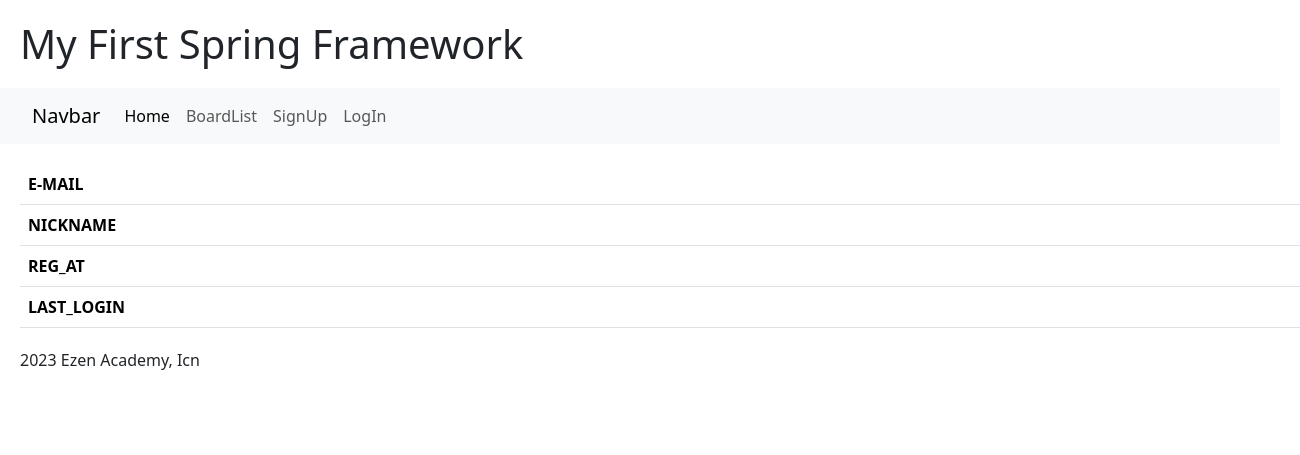
Repository: halsooitda/spring-java
Page: http://localhost/springProject/WEB-INF/views/member/detail.jsp
The author's editor kept a copy of each file at every save. The page is drawn from the files as they stood at one save, then again after the next save.
The browser window is 1280 px wide. The page is 1300 px wide, so the pictures cover 1300 px, including what lies to the right of the window. The pictures show the whole page.
The page is served by Tomcat 9. Nobody is signed in. Other server files are loaded and not shown. The template is opened directly, without the code that normally fills it, so the values that code supplies are empty.

Above is the page before, as saved 2023-10-31 07:05:57.
Console error: TypeError: Cannot read properties of null (reading 'addEventListener')

### springProject/src/main/webapp/WEB-INF/views/member/detail.jsp
<%@ page language="java" contentType="text/html; charset=UTF-8"
    pageEncoding="UTF-8"%>
<%@ taglib uri="http://java.sun.com/jsp/jstl/core" prefix="c" %>
<!DOCTYPE html>
<html>
<head>
<meta charset="UTF-8">
<title>Member Detail</title>
<style type="text/css">
	table{
		margin: 20px;
	}
</style>
</head>
<body>
<jsp:include page="../common/header.jsp"/>
<jsp:include page="../common/nav.jsp"/>

<c:set value="${mvo }" var="mvo"></c:set>
<table class="table">
	<tr>
		<th>E-MAIL</th>
		<td>${mvo.email }</td>
	</tr>
	<tr>
		<th>NICKNAME</th>
		<td>${mvo.nickName }</td>
	</tr>
	<tr>
		<th>REG_AT</th>
		<td>${mvo.regAt }</td>
	</tr>
	<tr>
		<th>LAST_LOGIN</th>
		<td>${mvo.lastLogin }</td>
	</tr>
</table>

<jsp:include page="../common/footer.jsp"/>
</body>
</html>

### springProject/src/main/webapp/WEB-INF/views/common/header.jsp
<%@ page language="java" contentType="text/html; charset=UTF-8"
    pageEncoding="UTF-8"%>
<%@ taglib uri="http://java.sun.com/jsp/jstl/core" prefix="c"%>
<!DOCTYPE html>
<html>
<head>
<meta charset="UTF-8">
<title>Header</title>
<link href="https://cdn.jsdelivr.net/npm/bootstrap@5.3.1/dist/css/bootstrap.min.css" rel="stylesheet" integrity="sha384-4bw+/aepP/YC94hEpVNVgiZdgIC5+VKNBQNGCHeKRQN+PtmoHDEXuppvnDJzQIu9" crossorigin="anonymous">
<script src="https://cdn.jsdelivr.net/npm/bootstrap@5.3.1/dist/js/bootstrap.bundle.min.js" integrity="sha384-HwwvtgBNo3bZJJLYd8oVXjrBZt8cqVSpeBNS5n7C8IVInixGAoxmnlMuBnhbgrkm" crossorigin="anonymous"></script>
<style type="text/css">
	h1, p, h3{
		margin: 20px;
	}
</style>
</head>
<body>
<h1>My First Spring Framework</h1>

</body>
</html>

### springProject/src/main/webapp/WEB-INF/views/common/nav.jsp
<%@ page language="java" contentType="text/html; charset=UTF-8"
    pageEncoding="UTF-8"%>
<%@ taglib uri="http://java.sun.com/jsp/jstl/core" prefix="c"%>
<%@ taglib prefix="sec" uri="http://www.springframework.org/security/tags" %>
<!DOCTYPE html>
<html>
<head>
<meta charset="UTF-8">
<title>Nav</title>
<style type="text/css">
	.container-fluid{
		margin-left: 20px;
	}
</style>
</head>
<body>
<header>
	<nav class="navbar navbar-expand-lg bg-body-tertiary">
  <div class="container-fluid">
    <a class="navbar-brand" href="#">Navbar</a>
    <button class="navbar-toggler" type="button" data-bs-toggle="collapse" data-bs-target="#navbarSupportedContent" aria-controls="navbarSupportedContent" aria-expanded="false" aria-label="Toggle navigation">
      <span class="navbar-toggler-icon"></span>
    </button>
    <div class="collapse navbar-collapse" id="navbarSupportedContent">
      <ul class="navbar-nav me-auto mb-2 mb-lg-0">

        <li class="nav-item">
          <a class="nav-link active" aria-current="page" href="/">Home</a>
        </li>
        <li class="nav-item">
          <a class="nav-link" href="/board/list">BoardList</a>
        </li>

		<!-- 인증이 된 사용자들만 -->
        <sec:authorize access="isAuthenticated()">
        <!-- 현재 인증한 사용자의 정보를 가져와서 해당 권한이 있는 케이스를 open -->
        <!-- 사용자 정보는 principal -->
        <sec:authentication property="principal.mvo.email" var="authEmail" />
        <sec:authentication property="principal.mvo.nickName" var="authNick"/>
        <sec:authentication property="principal.mvo.authList" var="auths"/>

		<li class="nav-item">
			<a class="nav-link" href="/board/register">BoardReg</a>
		          				<!-- controller -->
		</li>
        <c:choose>
        	<c:when test="${auths.stream().anyMatch(authVO -> authVO.auth.equals('ROLE_ADMIN')).get() }">
        		<!-- admin 계정만 할 수 있는 일을 처리 -->
        		<li class="nav-item">
        			<a class="nav-link" href="/member/list">admin > ${authNick }(${authEmail })</a>
        		</li>
        	</c:when>
        	<c:otherwise>
		        <!-- 로그인해야 open 되는 메뉴들 -->
        		<li class="nav-item">
        			<a class="nav-link" href="/member/detail?email=${authEmail }">${authNick }(${authEmail })</a>
        		</li>
        	</c:otherwise>
        </c:choose>

		<!-- get일때만 쿼리스트링으로 값 달고갈 수 있음 -->
	    <li class="nav-item">
			<a class="nav-link" href="" id="logoutLink">LogOut</a>
        </li>
		<form action="/member/logout" method="post" id="logoutForm">
			<input type="hidden" name="email" value="${authEmail }">
		</form>
        </sec:authorize>
        <!-- 권한이 있을 때 -->

        <!-- 권한이 없을 때(비회원) -->
        <!-- 아직 로그인 전 상태에서 오픈되어야 할 메뉴 -->
        <sec:authorize access="isAnonymous()">
	        <li class="nav-item">
	          <a class="nav-link" href="/member/register">SignUp</a>
	        </li>
	        <li class="nav-item">
	          <a class="nav-link" href="/member/login">LogIn</a>
	        </li>
        </sec:authorize>

      </ul>
    </div>
  </div>
</nav>
</header>

<script type="text/javascript">
document.getElementById('logoutLink').addEventListener('click', (e)=>{
	e.preventDefault(); //기존에 있던 이벤트를 없애는 형태
	document.getElementById('logoutForm').submit();
})
</script>

</body>
</html>

### springProject/src/main/webapp/WEB-INF/views/common/footer.jsp
<%@ page language="java" contentType="text/html; charset=UTF-8"
    pageEncoding="UTF-8"%>
<%@ taglib uri="http://java.sun.com/jsp/jstl/core" prefix="c"%>
<!DOCTYPE html>
<html>
<head>
<meta charset="UTF-8">
<title>Footer</title>

</head>
<body>
<div>
	<p>2023 Ezen Academy, Icn</p>
</div>
</body>
</html>

After the next save:
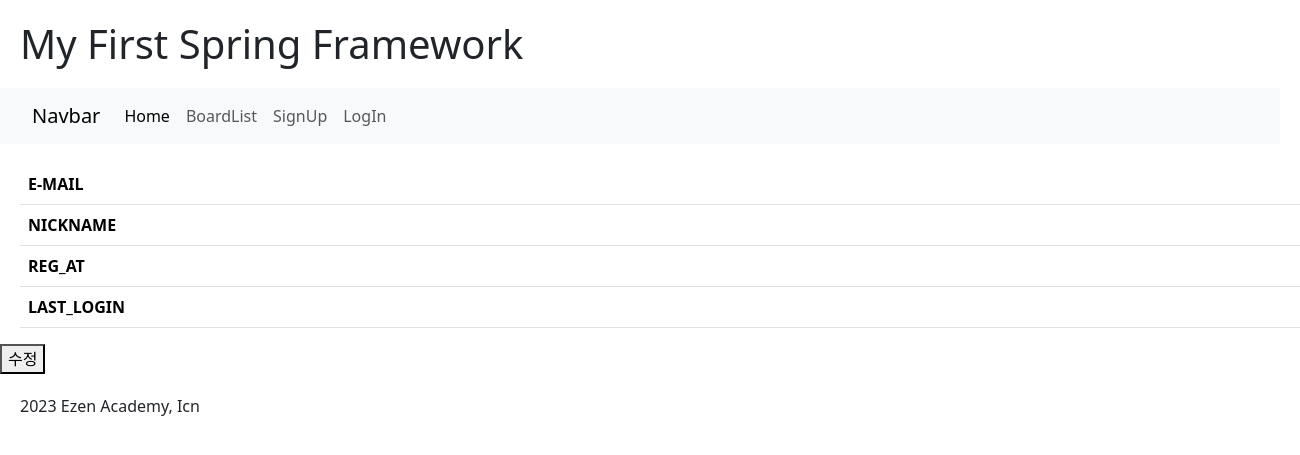
Saved 83 s later.
--- a/springProject/src/main/webapp/WEB-INF/views/member/detail.jsp
+++ b/springProject/src/main/webapp/WEB-INF/views/member/detail.jsp
@@ -17,6 +17,7 @@
 <jsp:include page="../common/nav.jsp"/>
 
 <c:set value="${mvo }" var="mvo"></c:set>
+<form action="/member/modify" method="post">
 <table class="table">
 	<tr>
 		<th>E-MAIL</th>
@@ -35,6 +36,8 @@
 		<td>${mvo.lastLogin }</td>
 	</tr>
 </table>
+<button >수정</button>
+</form>
 
 <jsp:include page="../common/footer.jsp"/>
 </body>
